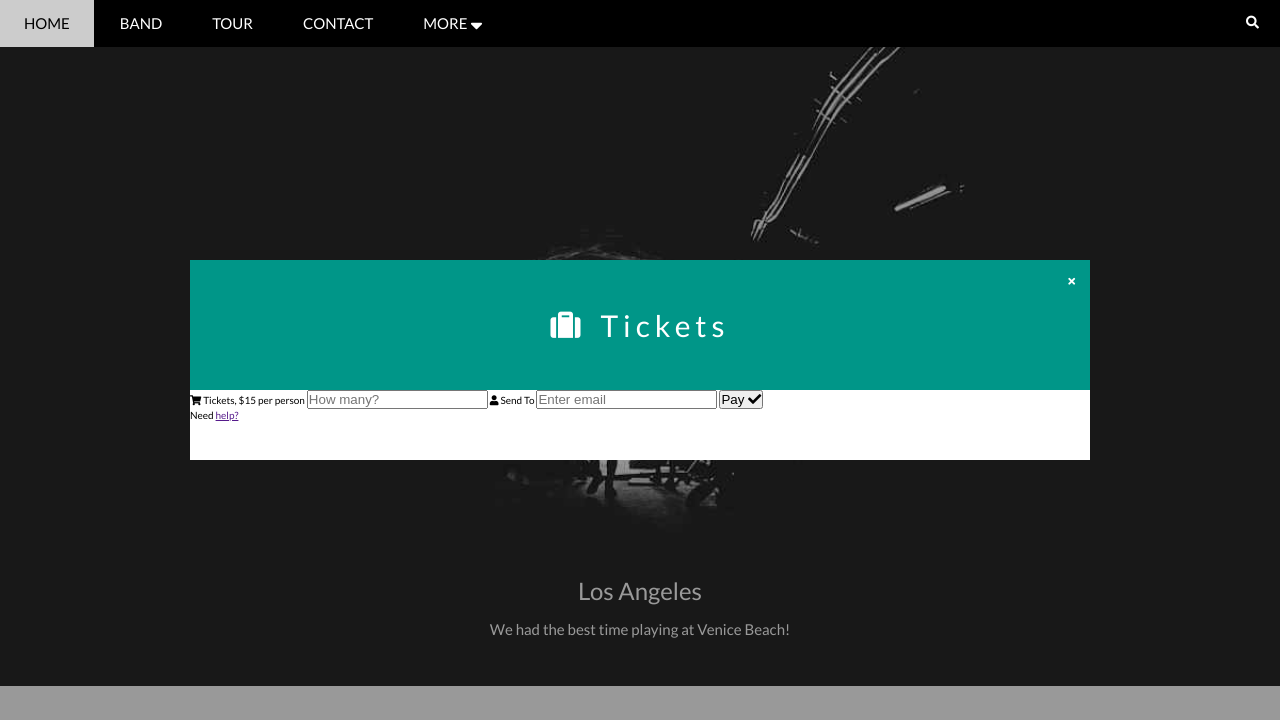
Repository: nguyenthaicong265/w3-band
Page: index.html
The author's editor kept a copy of each file at every save. The page is drawn from the files as they stood at one save, then again after the next save.
The browser window is 1280 px wide. The pictures show the window.
The pointer rests on the first visible `.modal-close`.
A layer covers the whole window, so only the first screen is drawn.

Above is the page before, as saved 2022-01-03 11:52:42.

After the next save:
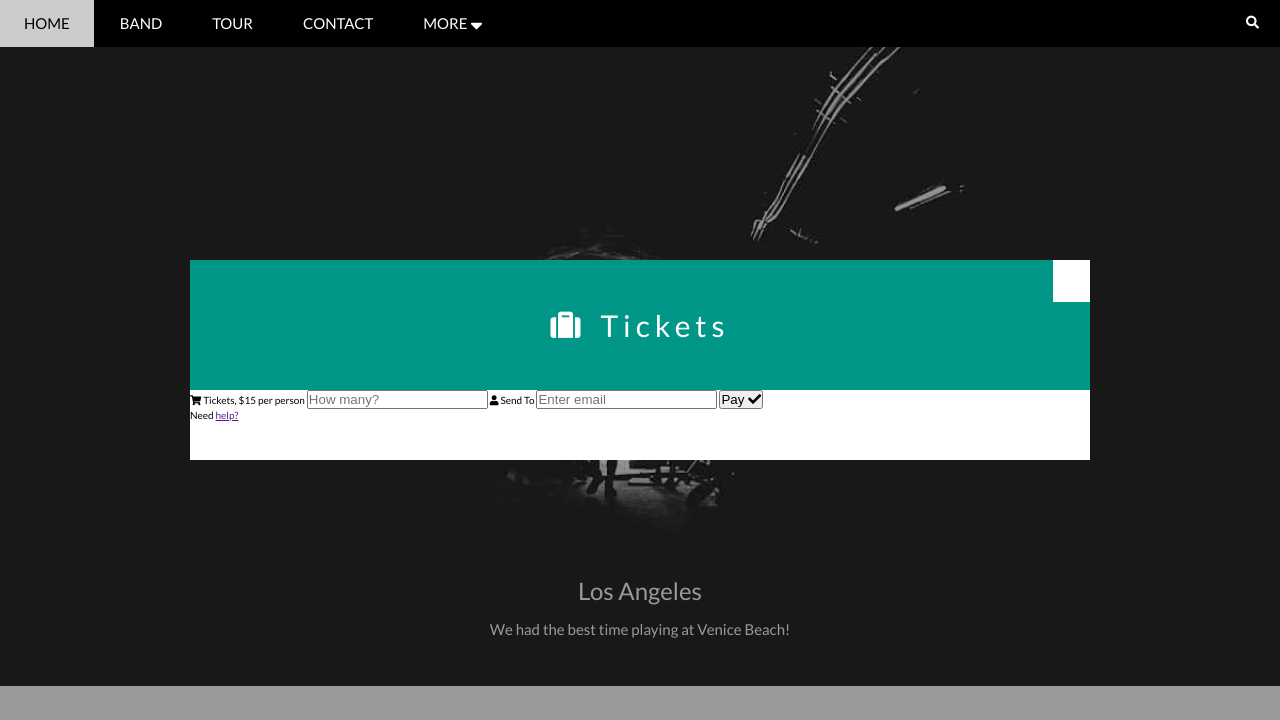
Saved 48 s later.
--- a/assets/css/styles.css
+++ b/assets/css/styles.css
@@ -332,7 +332,10 @@ html {
     top: 0;
     padding: 15px;
     cursor: pointer;
-
+}
+
+.modal-close:hover {
+    background-color: #fff;
 }
 
 .modal-header {
